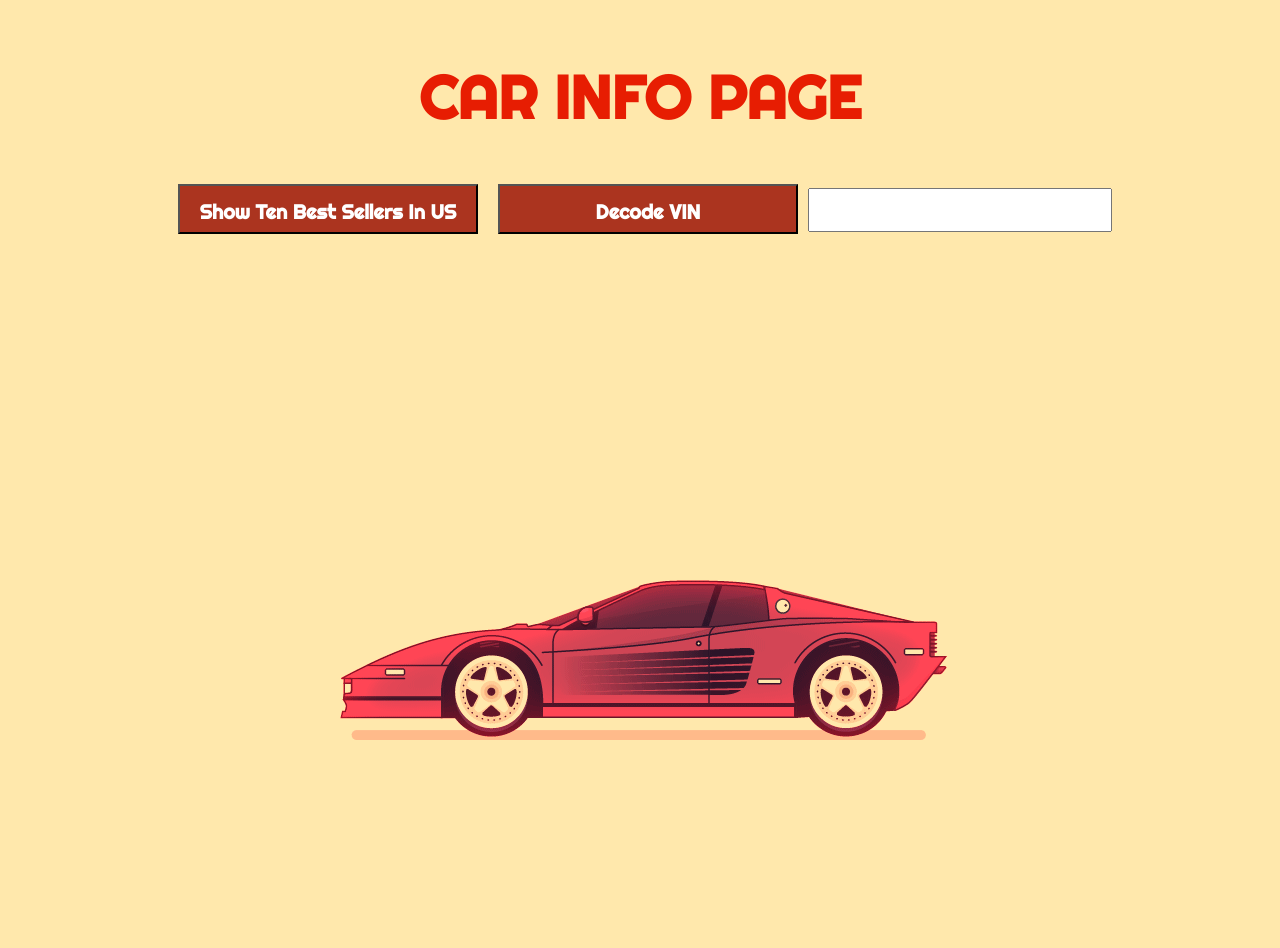
Repository: shadowmare358/vueVinCheck
Page: /
These files come from the project's save history. The page is drawn as it stood at one moment and after the next save; the edit follows.
The browser window is 1280 px wide. The pictures show the whole page.
The project was rebuilt for these pictures with package versions that can differ from the ones it lists, and the page was loaded fresh each time.

Above is the page before, as saved 2019-11-05 11:42:00.

After the next save:
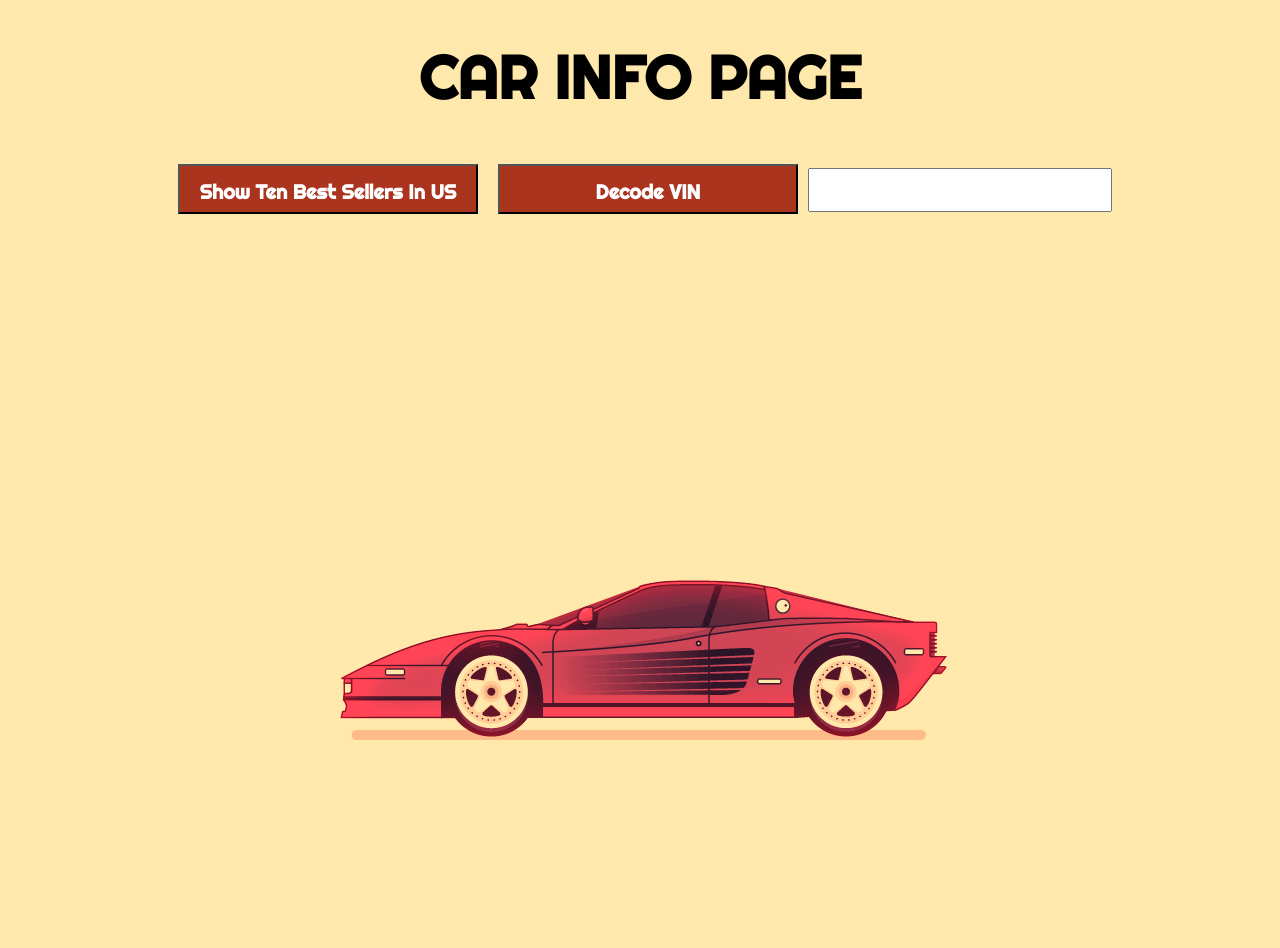
Saved 9 s later.
--- a/src/App.vue
+++ b/src/App.vue
@@ -24,7 +24,7 @@
   -webkit-font-smoothing: antialiased;
   -moz-osx-font-smoothing: grayscale;
   text-align: center;
-  color: #e71d02;
+  color:
   margin-top: 60px;
   background-size: cover;
 
